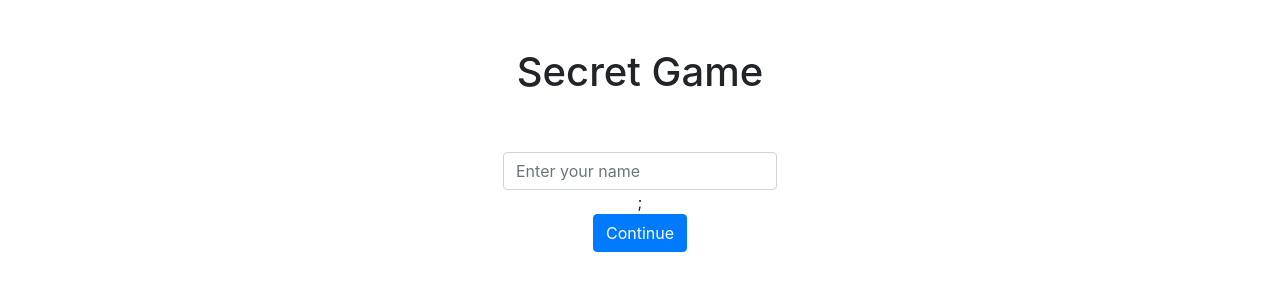
Repository: sreeramkongeseri/QuestionGame
Page: public/index.html
The author's editor kept a copy of each file at every save. The page is drawn from the files as they stood at one save, then again after the next save.
The browser window is 1280 px wide. The pictures show the whole page.

Above is the page before, as saved 2021-07-29 21:20:48.

After the next save:
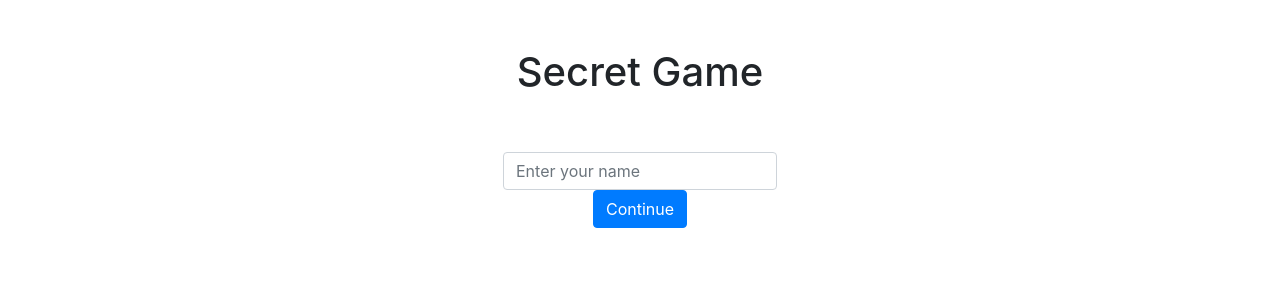
Saved 7 min 9 s later.
--- a/public/index.html
+++ b/public/index.html
@@ -43,7 +43,7 @@
             class="form-control"
             id="playerName"
             placeholder="Enter your name"
-          />;
+          />
         </form>
 
         <a
